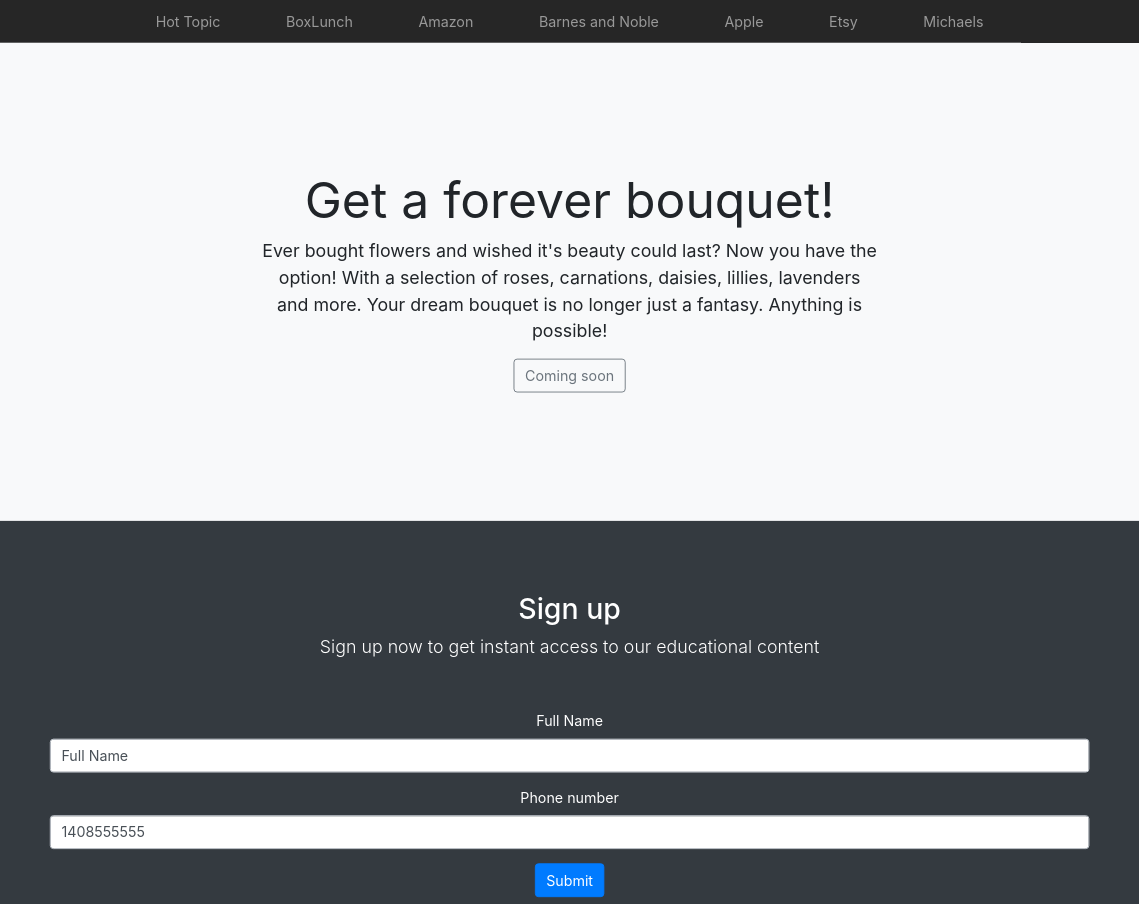
Repository: cfran037/Personal-Resume
Page: LearnCS8-Twilio/index.html
The author's editor kept a record of every edit. The page is drawn from the files as they stood at one moment, then again after the next edit.
The browser window is 1280 px wide. The pictures show the whole page, at 89% of full size.

Above is the page before.

### LearnCS8-Twilio/index.html
<!doctype html>
<html lang="en">
  <head>
    <!-- Required meta tags -->
    <meta charset="utf-8">
    <meta name="viewport" content="width=device-width, initial-scale=1, shrink-to-fit=no">
    <meta name="description" content="Handmade crochet flowers that can be sole individually or in bouquets">
    <meta name="author" content="862363327">

    <!-- Bootstrap CSS -->
    <link rel="stylesheet" href="https://stackpath.bootstrapcdn.com/bootstrap/4.5.2/css/bootstrap.min.css" integrity="sha384-JcKb8q3iqJ61gNV9KGb8thSsNjpSL0n8PARn9HuZOnIxN0hoP+VmmDGMN5t9UJ0Z" crossorigin="anonymous">

    <!-- Title of your Website -->
    <title>Crochet Flowers</title>
    <link href="product.css" rel="stylesheet">
  </head>
  <body>
    <nav class="site-header sticky-top py-1">
    <!-- Top Menu Bar -->
    <div class="container d-flex flex-column flex-md-row justify-content-between">
        <a class="py-2 d-none d-md-inline-block" id="menu-item-1" href="https://www.hottopic.com/homepage/?cm_mmc=SEM-_-GGL-_-BR-_-DMY-_-54585000_1724125320&gclid=Cj0KCQjw9deiBhC1ARIsAHLjR2A-YP2b9pkn3GPRfU4KdpQfHX0OAmbMkg3AdBXbST9-12S05ci_ysEaAskCEALw_wcB" target="_blank">Hot Topic</a>
        <a class="py-2 d-none d-md-inline-block" id="menu-item-2" href="https://www.boxlunch.com/homepage?cm_mmc=SEM-_-GGL-_-BR-_-DMY-_-541787926_22753559686&gclid=Cj0KCQjw9deiBhC1ARIsAHLjR2BtAZvXaCThB1JCMUq7CNIXcl0D1gmbDEPJlhaULDR0gSAGX0zB4lgaAlS2EALw_wcB" target="_blank">BoxLunch</a>
        <a class="py-2 d-none d-md-inline-block" id="menu-item-3" href="https://www.amazon.com/?tag=amazusnavi-20&hvadid=381823327651&hvpos=&hvnetw=g&hvrand=5956182268287598739&hvpone=&hvptwo=&hvqmt=e&hvdev=c&hvdvcmdl=&hvlocint=&hvlocphy=9031120&hvtargid=kwd-10573980&ref=pd_sl_7j18redljs_e&hydadcr=28883_11845442" target="_blank">Amazon</a>
        <a class="py-2 d-none d-md-inline-block" id="menu-item-4" href="https://www.barnesandnoble.com/" target="_blank">Barnes and Noble</a>
        <a class="py-2 d-none d-md-inline-block" id="menu-item-5" href="https://www.apple.com/store?afid=p238%7CseIEs444j-dc_mtid_1870765e38482_pcrid_657466515819_pgrid_13945964887_pntwk_g_pchan__pexid__&cid=aos-us-kwgo-brand-apple--slid---product-" target="_blank">Apple</a>
        <a class="py-2 d-none d-md-inline-block" id="menu-item-6" href="https://www.etsy.com/?utm_source=google&utm_medium=cpc&utm_term=etsy_e&utm_campaign=Search_US_Brand_GGL_ENG_General-Brand_Core_All_Exact&utm_ag=A1&utm_custom1=_k_EAIaIQobChMI4Ium16_i_gIVg8bjBx2o7gQpEAAYASAAEgIGgvD_BwE_k_&utm_content=go_227553629_16342445429_536666953103_kwd-1818581752_c_&utm_custom2=227553629&gclid=EAIaIQobChMI4Ium16_i_gIVg8bjBx2o7gQpEAAYASAAEgIGgvD_BwE" target="_blank">Etsy</a>
        <a class="py-2 d-none d-md-inline-block" id="menu-item-7" href="https://www.michaels.com/" target="_blank">Michaels</a>
    </div>
</nav>
<!-- Main Header Section h1-->
<div class="position-relative overflow-hidden p-3 p-md-5 m-md-0 text-center bg-light">
    <div class="col-md-8 p-lg-5 mx-auto my-5">
        <h1 class="display-4 font-weight-normal">Get a forever bouquet!</h1>
        <p class="lead font-weight-normal">Ever bought flowers and wished it's beauty could last? Now you have the option! With a selection of roses, carnations, daisies, lillies, lavenders and more. Your dream bouquet is no longer just a fantasy. Anything is possible!</p>
        <a class="btn btn-outline-secondary" href="https://www.youtube.com/watch?v=ZzTdWfziNI0">Coming soon</a>
    </div>
</div>
<!-- Left Tile -->
<div class="d-md-flex flex-md-equal w-100">
    <div class="bg-dark pt-3 px-3 pt-md-5 px-md-5 text-center text-white overflow-hidden">
        <div class="my-3 py-3">
            <h2 class="display-5">Sign up</h2>
            <p class="lead">Sign up now to get instant access to our educational content</p>
        </div>
        <!-- Web form when submitted will send a text message -->
        <form class="p-2" onsubmit="sendTextMessage(); return false;">
            <!-- Full Name Form Field -->
            <div class="form-group">
                <label for="example-first-name">Full Name</label>
                <input type="text" value="Full Name" class="form-control" id="example-first-name" aria-describedby="emailHelp">
            </div>
            <!-- Phone Number Form Field -->
            <div class="form-group">
                <label for="example-tel-input">Phone number</label>
                <input type="tel" class="form-control" value="1408555555" id="example-tel-input">
            </div>
            <!-- JavaScript that handles onSubmit logic -->
            <!-- Configure the XHR request below with your own credentials -->
            <script>
            function sendTextMessage() {
                console.log("Hello world!");
                var xhr = new XMLHttpRequest();
                var accountSID = "ACe1686467219fa45c19b24ae06f0d07bc";
                var authToken = "38704c2a0a327075f44b613e08fa18bf";
                var base64encoded = accountSID + ":" + authToken;
                var params = "To=" + document.getElementById('example-tel-input').value + "&From=" + "18444920703" + "&Body=" + "Hello " + document.getElementById('example-first-name').value + " Hi Charley :) "
                xhr.open("POST", "https://api.twilio.com/2010-04-01/Accounts/" + accountSID + "/Messages.json", true);
                xhr.setRequestHeader('Content-Type', 'application/x-www-form-urlencoded');
                xhr.setRequestHeader('Authorization', 'Basic ' + btoa(base64encoded));
                xhr.send(params);
            }
            </script>
            <!-- Submit button that will execute the sendTextMessage function -->
            <button type="submit" class="btn btn-primary">Submit</button>
        </form>
    </div>
  </body>
</html>

### LearnCS8-Twilio/product.css
.container {
  max-width: 960px;
}

/*
 * Custom translucent site header
 */

.site-header {
  background-color: rgba(0, 0, 0, .85);
  -webkit-backdrop-filter: saturate(180%) blur(20px);
  backdrop-filter: saturate(180%) blur(20px);
}
.site-header a {
  color: #999;
  transition: ease-in-out color .15s;
}
.site-header a:hover {
  color: #fff;
  text-decoration: none;
}

/*
 * Dummy devices (replace them with your own or something else entirely!)
 */

.product-device {
  position: absolute;
  right: 10%;
  bottom: -30%;
  width: 300px;
  height: 540px;
  background-color: #333;
  border-radius: 21px;
  -webkit-transform: rotate(30deg);
  transform: rotate(30deg);
}

.product-device::before {
  position: absolute;
  top: 10%;
  right: 10px;
  bottom: 10%;
  left: 10px;
  content: "";
  background-color: rgba(255, 255, 255, .1);
  border-radius: 5px;
}

.product-device-2 {
  top: -25%;
  right: auto;
  bottom: 0;
  left: 5%;
  background-color: #e5e5e5;
}


/*
 * Extra utilities
 */

.flex-equal > * {
  -ms-flex: 1;
  flex: 1;
}
@media (min-width: 768px) {
  .flex-md-equal > * {
    -ms-flex: 1;
    flex: 1;
  }
}

.overflow-hidden { overflow: hidden; }

After the next edit:
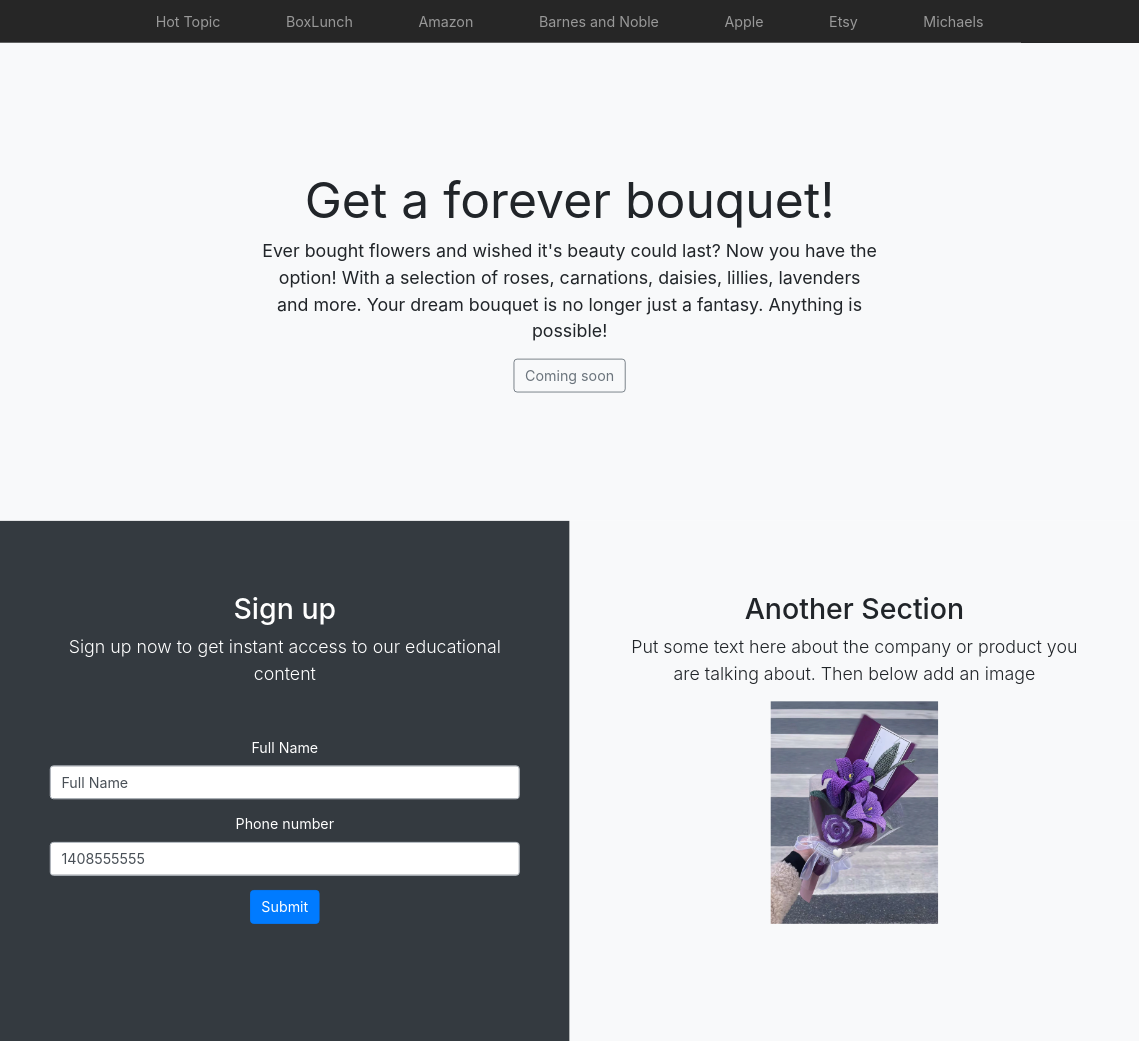
The edit:
--- a/LearnCS8-Twilio/index.html
+++ b/LearnCS8-Twilio/index.html
@@ -74,5 +74,15 @@
             <button type="submit" class="btn btn-primary">Submit</button>
         </form>
     </div>
+    <!-- Right Tile -->
+    <div class="bg-light pt-3 px-3 pt-md-5 px-md-5 text-center overflow-hidden">
+        <div class="my-3 p-3">
+            <h2 class="display-5">Another Section</h2>
+            <p class="lead">Put some text here about the company or product you are talking about. Then below add an image</p>
+            <img class="mx-auto" src="IMG_6077.webp" height="250px">
+        </div>
+        <div class="mx-auto" style="width: 80%; height: 100px; border-radius: 21px 21px 0 0;"></div>
+    </div>
+</div>
   </body>
 </html>
